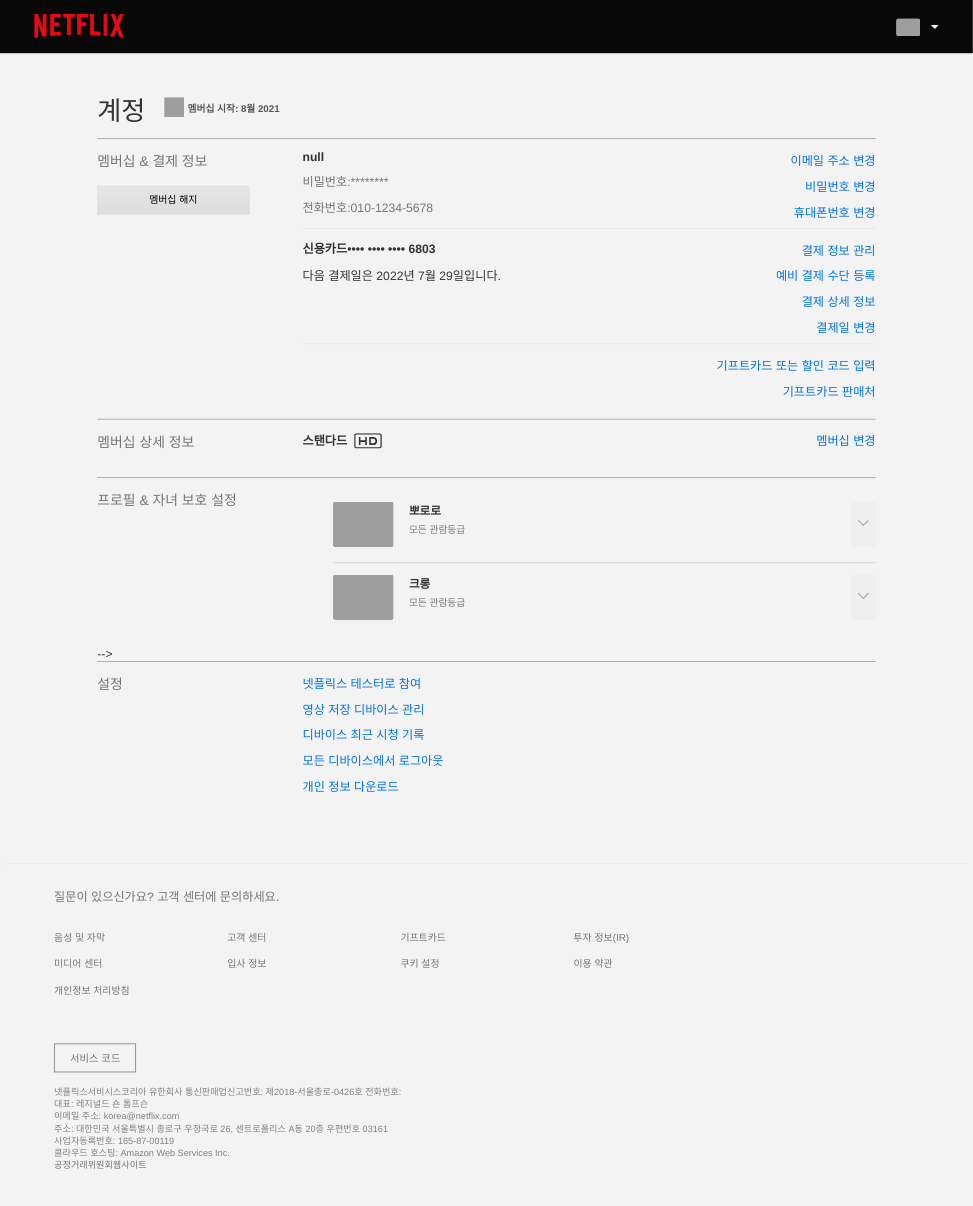
Repository: pp0321/br_clonecoding
Page: http://localhost/WebProject3/jspBR/p05.account.jsp
An editor plug-in stored every save of this project. The page is shown before and after the next save, followed by the edit.
The browser window is 1280 px wide. The pictures show the whole page, at 76% of full size.
Pictures or frames that could not be fetched are drawn as grey boxes. The page is served by Tomcat 9. Other server files are loaded and not shown. The template is opened directly, without the code that normally fills it, so the values that code supplies are empty.

Above is the page before, as saved 2022-08-05 07:55:04.
Console error: ReferenceError: $ is not defined

### WebProject3/WebContent/jspBR/p05.account.jsp
<%@ page language="java" contentType="text/html; charset=UTF-8"
    pageEncoding="UTF-8"%>
    <%@ page import="com.cy.dao.*" %>
    <%@ page import="com.cy.dto.*" %>
<%@page import="java.sql.Connection"%>
<%@page import="java.sql.DriverManager"%>
<%@page import="java.sql.ResultSet"%>
<%@page import="java.sql.PreparedStatement"%>
<!DOCTYPE html>
<html>
<head>
<meta charset="UTF-8">
<link rel="stylesheet" href="css/p05.account.css">
<title>넷플릭스 계정 메인</title>
<script>

$(function(){
    $(".profile-header").click(function () {
        var idx = $(this).index();
    if ($(".profile-links").is(":visible")) {
        $(".profile-links").css("display", "none");
    }
    else {
        $(".profile-links").css("display", "block");
    }
});
});
</script>

</head>

<style>
	.current-profile .img_arrow {
		display: none;
		position: absolute;
	    top: 58px;
	    left: 10px;
	}
</style>
<%
	int profileId = (Integer)(session.getAttribute("profileId"));
/* 	String str = (String)request.getAttribute("profileId");
	int profileId = 0;
	if(str != null){
		profileId = Integer.parseInt(str);
	}

	String str2 = (String)request.getAttribute("member_id");
	int memberId = 0;
	if(str2 != null){
		memberId = Integer.parseInt(str2);
	}

	Connection conn = DBConnection.getConnection();

	String sql = "select email_address from member where member_id = ?";
	PreparedStatement pstmt = conn.prepareStatement(sql);
	pstmt.setInt(1,memberId);
	ResultSet rs = pstmt.executeQuery();

	String emailAddress = null;
	if(rs.next()) {
		emailAddress = rs.getString("email_address");
	} */
%>
<script src="../js/jquery-3.6.0.min.js"></script>
<script src="../js/common_headerBR.js"></script>

<script>
		$(function(){
			$(".copy-text-block").click(function(){
				alert("준비중입니다");
				});

			$("#netflix-logo").click(function (){
				location.href="index.jsp";
				});

			$(".profile-links").click(function(){
				alert("준비중입니다");
				});
		});


	</script>

</head>


<body>
	<%@ include file = "headerBR.jspf" %>

<div class="bd">
	<div class="responsive-account-container">
		<div>
			<h1 class="account-header account-header-inline">계정</h1>
			<div class="account-section-membersince" data-uia="member-since">
				<div class="account-section-membersince--svg"></div>
				멤버십 시작: 8월 2021
			</div>
			<div class="account-pre-messages-container"
				data-uia="account-pre-messages-container"></div>
			<div class="account-messages-container"></div>
			<div class="responsive-account-content" data-uia="account-content">
				<div
					class="account-section collapsable-panel clearfix membership-section-wrapper membership-section-with-button"
					data-uia="membership-section">
					<header class="account-section-header collapsable-section-toggle">
						<h2 class="account-section-heading">
							멤버십 &amp; 결제 정보
							<button class="btn account-cancel-button btn-plain btn-small"
								type="button" autocomplete="off" tabindex="0"
								data-uia="action-cancel-plan">
								<span>멤버십 해지</span>
							</button>
						</h2>
					</header>
					<section
						class="collapsable-section-content account-section-content">
						<div class="account-subsection clearfix">
							<div class="clearfix">
								<div class="account-section-group">
									<div data-uia="account-email"
										class="account-section-item account-section-email">
										<%=session.getAttribute("loginEmail") %>
									</div>
									<div data-uia="account-password"
										class="account-section-item account-section-item-disabled">
										비밀번호:********</div>
									<div data-uia="account-phone"
										class="account-section-item account-section-item-disabled">
										전화번호:010-1234-5678</div>
								</div>
								<div class="account-section-group">
									<div class="account-section-item">
										<a data-uia="account-email-link" class="account-section-link"
											href="p06.account.jsp?profile_id=<%=session.getAttribute("profileId")%>">
											이메일 주소  변경</a>
									</div>
									<div class="account-section-item">
										<a data-uia="account-password-link"
											class="account-section-link"
											href="p09.account.jsp">
											비밀번호 변경</a>
									</div>
									<div class="account-section-item">
										<a data-uia="account-phone-link" class="account-section-link"
											href="p10.account.jsp">
											휴대폰번호 변경</a>
									</div>
								</div>
							</div>
						</div>
						<div class="account-subsection clearfix light-divider">
							<div data-uia="wallet-subsection">
								<div class="account-subsection-borderless clearfix"
									data-uia="account-subsection-standard">
									<div class="account-section-group payment-details -wide">
										<div class="account-section-item">
											<div class="wallet--mop" data-uia="wallet-mop">
												<span class="" data-uia="payment-icon"><span
													class="text-payment" data-uia="payment-text">신용카드</span> </span><span
													id="" class="mopType" data-uia="mopType">•••• ••••
													•••• 6803</span>
											</div>
										</div>
										<div id="" class="account-section-item"
											data-uia="nextBillingDate-item">다음 결제일은 2022년 7월
											29일입니다.</div>
									</div>
									<div class="account-section-group -thin">
										<div class="account-section-item">
											<a class="account-section-link"
												data-uia="action-update-payment"
												href="/simplemember/managepaymentinfo">결제 정보 관리</a>
										</div>
										<div class="account-section-item">
											<a class="account-section-link"
												data-uia="wallet-subsection-add-backup-mop-link"
												href="/simplemember/paymentpicker">예비 결제 수단 등록</a>
										</div>
										<div class="account-section-item">
											<a class="account-section-link"
												data-uia="account-view-billing" href="/BillingActivity">결제
												상세 정보</a>
										</div>
										<div class="account-section-item">
											<a class="account-section-link"
												data-uia="action-update-billing-date"
												href="/simplemember/billingdateedit">결제일 변경</a>
										</div>
									</div>
								</div>
							</div>
						</div>
						<div
							class="account-subsection clearfix is-external-gift-redemption light-divider">
							<div class="clearfix">
								<div class="u-ta-right-desktop gifts-link-group">
									<div class="account-section-item account-section-item">
										<a class="account-section-link" data-uia="action-redeem-link"
											href="/redeem">기프트카드 또는 할인 코드 입력</a>
									</div>
									<div class="account-section-item account-section-item">
										<a class="account-section-link"
											data-uia="action-gift-cards-link" href="/gift-cards"
											target="_blank" rel="noopener noreferrer">기프트카드 판매처</a>
									</div>
								</div>
							</div>
						</div>
					</section>
				</div>
				<div class="account-section collapsable-panel clearfix"
					data-uia="plan-section">
					<header class="account-section-header collapsable-section-toggle">
						<h2 class="account-section-heading">멤버십 상세 정보</h2>
					</header>
					<section
						class="collapsable-section-content account-section-content">
						<div class="account-subsection clearfix">
							<div class="clearfix">
								<div class="account-section-group">
									<div class="account-section-item" data-uia="plan-label">
										<b>스탠다드</b>
										<svg viewBox="0 0 1740 960" class="quality-icon">
                                       <g stroke="none"
												stroke-width="1" fill="none" fill-rule="evenodd">
                                           <path
												d="M700,549 L398,549 L398,746 L300,746 L300,247 L398,247 L398,443 L700,443 L700,247 L799,247 L799,746 L700,746 L700,549 Z M1196,247 C1271,247 1326,260 1359,286 C1387,306 1408,335 1424,372 C1440,408 1448,449 1448,493 C1448,591 1419,661 1359,706 C1326,732 1271,746 1196,746 L950,746 L950,247 L1196,247 Z M1186,639 C1316,639 1343,562 1343,493 C1343,427 1329,351 1186,351 L1048,351 L1048,639 L1186,639 Z"
												fill="currentColor"></path>
                                           <path
												d="M1608.00019,0 C1681.00009,0 1740,59 1740,132 L1740,827 C1740,868.423884 1721.51202,905.147426 1692.42954,929.452533 C1669.55882,948.56629 1640.13605,960 1608.00019,960 L133.999803,960 C58.9999134,960 0,901 0,827 L0,132 C0,59 58.9999134,0 133.999803,0 L1608.00019,0 Z M133.999803,80 C103.999847,80 79.9998826,103 79.9998826,132 L79.9998826,827 C79.9998826,857 103.999847,880 133.999803,880 L1608.00019,880 C1637.00015,880 1660.00012,856 1660.00012,827 L1660.00012,132 C1660.00012,103 1637.00015,80 1608.00019,80 L133.999803,80 Z"
												fill="currentColor"></path>
                                       </g>
                                   </svg>
									</div>
								</div>
								<div class="account-section-group">
									<div class="account-section-item">
										<a data-uia="action-change-plan" class="account-section-link"
											href="/ChangePlan">멤버십 변경</a>
									</div>
								</div>
							</div>
							<div class="account-subsection clearfix">
								<div class="account-section-group -full">
									<p class="account-addendum"></p>
									<p class="account-addendum"></p>
								</div>
							</div>
						</div>
					</section>
				</div>
				 <div class="account-section collapsable-panel clearfix"
					data-uia="profile-section">
					<header class="account-section-header collapsable-section-toggle">
						<h2 class="account-section-heading">프로필 &amp; 자녀 보호 설정</h2>
					</header>
					<section
						class="collapsable-section-content account-section-content">
						<div class="account-subsection clearfix">
							<div class="profile-hub">
								<ul>
									<li class="single-profile" data-uia="single-profile-0" id="profile_0">
										<div aria-expanded="false" class="profile-header">
											<img class="activeProfile"
												src="https://occ-0-3076-993.1.nflxso.net/dnm/api/v6/K6hjPJd6cR6FpVELC5Pd6ovHRSk/AAAABYIjCX1PBV_-B6KFbyhlYhx0sAH67wzO645FWG75LyJIhL8b8dtEoqoA9it8uwA-4mDX1E9Kr7iLrcKnAeJVJyzUd3-uNa1MVA.png?r=869"
												alt="">
											<div class="profile-summary">
												<h3>뽀로로</h3>
												<div>모든 관람등급</div>
											</div>
											<button class="profile-action-icons" aria-label=""
												style="border: none;" aria-controls="profile_0">
												<svg width="24" height="24" viewBox="0 0 24 24" fill="none"
													xmlns="http://www.w3.org/2000/svg"
													class="svg-icon svg-icon-chevron-down">
	                                              <path
														fill-rule="evenodd" clip-rule="evenodd"
														d="M19.293 7.29297L12.0001 14.5859L4.70718 7.29297L3.29297 8.70718L11.293 16.7072C11.4805 16.8947 11.7349 17.0001 12.0001 17.0001C12.2653 17.0001 12.5196 16.8947 12.7072 16.7072L20.7072 8.70718L19.293 7.29297Z"
														fill="currentColor"></path>
	                                          </svg>
											</button>
										</div>
										<ul class="profile-links" style="display:none;">
											<li class="account-section-item">
											<a	class="profile-link"data-uia="action-language-preferences">
												<div class="profile-main">
													<h4>언어</h4>
														한국어
												</div>
											</a>
											</li>
											<li class="account-section-item"><a
												class="profile-link"
												href="/settings/restrictions/LWO42JP6PFCNNFICWA6HOVA6F4"
												data-uia="action-content-restrictions">
													<div class="profile-main">
														<h4>시청 제한</h4>
														<div>제한 없음.</div>
													</div>
													<div class="profile-change">변경</div>
											</a></li>
											<li class="account-section-item"><a
												class="profile-link"
												href="/settings/lock/LWO42JP6PFCNNFICWA6HOVA6F4"
												data-uia="action-profile-lock">
													<div class="profile-main">
														<h4>프로필 잠금</h4>
														꺼짐
													</div>
													<div class="profile-change">변경</div>
											</a></li>
											<li class="account-section-item"><a
												class="profile-link"
												href="/settings/viewed/LWO42JP6PFCNNFICWA6HOVA6F4"
												data-uia="action-viewing-activity">
													<div class="profile-main">
														<h4>시청 기록</h4>
													</div>
													<div class="profile-change">보기</div>
											</a></li>
											<li class="account-section-item"><a
												class="profile-link"
												href="/settings/rated/LWO42JP6PFCNNFICWA6HOVA6F4"
												data-uia="action-rating-activity">
													<div class="profile-main">
														<h4>평가한 콘텐츠</h4>
													</div>
													<div class="profile-change">보기</div>
											</a></li>
											<li class="account-section-item"><a
												class="profile-link"
												href="/settings/playback/LWO42JP6PFCNNFICWA6HOVA6F4"
												data-uia="action-video-quality">
													<div class="profile-main">
														<h4>재생 설정</h4>
														다음 화 자동 재생. 미리보기 자동 재생. 자동 설정된 화질 및 음질.
													</div>
													<div class="profile-change">변경</div>
											</a></li>
											<li class="account-section-item"><a
												class="profile-link"
												href="/EmailPreferences/LWO42JP6PFCNNFICWA6HOVA6F4"
												data-uia="action-communication-preferences">
													<div class="profile-main">
														<h4>커뮤니케이션 설정</h4>
													</div>
													<div class="profile-change">변경</div>
											</a></li>
											<li class="account-section-item"><a
												class="profile-link"
												href="/marketingcommunications/LWO42JP6PFCNNFICWA6HOVA6F4"
												data-uia="action-marketing-preferences">
													<div class="profile-main">
														<h4>마케팅 커뮤니케이션</h4>
													</div>
													<div class="profile-change">변경</div>
											</a></li>
										</ul>
									</li>
									<li class="single-profile" data-uia="single-profile-1" id="profile_1">
										<div aria-expanded="false" class="profile-header">
											<img class="activeProfile"
												src="https://occ-0-3076-993.1.nflxso.net/dnm/api/v6/K6hjPJd6cR6FpVELC5Pd6ovHRSk/AAAABTOIZ3WKqNcwPn3Q9mhMYiey8jy1rToyGXA3rnsvMq5pWhIVwNtfE3RSmCVGwj5i07T1id83mLvznlXcdZw8-HOrwihdjt3mIw.png?r=fcd"
												alt="">
											<div class="profile-summary">
												<h3>크롱</h3>
												<div>모든 관람등급</div>
											</div>
											<button class="profile-action-icons" aria-label=""
												style="border: none;" aria-controls="profile_1">
												<svg width="24" height="24" viewBox="0 0 24 24" fill="none"
													xmlns="http://www.w3.org/2000/svg"
													class="svg-icon svg-icon-chevron-down">
	                                              <path
														fill-rule="evenodd" clip-rule="evenodd"
														d="M19.293 7.29297L12.0001 14.5859L4.70718 7.29297L3.29297 8.70718L11.293 16.7072C11.4805 16.8947 11.7349 17.0001 12.0001 17.0001C12.2653 17.0001 12.5196 16.8947 12.7072 16.7072L20.7072 8.70718L19.293 7.29297Z"
														fill="currentColor"></path>
	                                          </svg>
											</button>
										</div>
										<ul class="profile-links" style="display:none;">
												<li class="account-section-item"><a
													class="profile-link"
													href="/settings/language/6IMTSN53VFHMDG5RDSAMROD76Y"
													data-uia="action-language-preferences">
														<div class="profile-main">
															<h4>언어</h4>
															한국어
														</div>
														<div class="profile-change">변경</div>
												</a></li>
												<li class="account-section-item"><a
													class="profile-link"
													href="/settings/restrictions/6IMTSN53VFHMDG5RDSAMROD76Y"
													data-uia="action-content-restrictions">
														<div class="profile-main">
															<h4>시청 제한</h4>
															<div>제한 없음.</div>
														</div>
														<div class="profile-change">변경</div>
												</a></li>
												<li class="account-section-item"><a
													class="profile-link"
													href="/settings/lock/6IMTSN53VFHMDG5RDSAMROD76Y"
													data-uia="action-profile-lock">
														<div class="profile-main">
															<h4>프로필 잠금</h4>
															꺼짐
														</div>
														<div class="profile-change">변경</div>
												</a></li>
												<li class="account-section-item"><a
													class="profile-link"
													href="/settings/viewed/6IMTSN53VFHMDG5RDSAMROD76Y"
													data-uia="action-viewing-activity">
														<div class="profile-main">
															<h4>시청 기록</h4>
														</div>
														<div class="profile-change">보기</div>
												</a></li>
												<li class="account-section-item"><a
													class="profile-link"
													href="/settings/rated/6IMTSN53VFHMDG5RDSAMROD76Y"
													data-uia="action-rating-activity">
														<div class="profile-main">
															<h4>평가한 콘텐츠</h4>
														</div>
														<div class="profile-change">보기</div>
												</a></li>
												<li class="account-section-item"><a
													class="profile-link"
													href="/settings/playback/6IMTSN53VFHMDG5RDSAMROD76Y"
													data-uia="action-video-quality">
														<div class="profile-main">
															<h4>재생 설정</h4>
															다음 화 자동 재생. 미리보기 자동 재생. 자동 설정된 화질 및 음질.
														</div>
														<div class="profile-change">변경</div>
												</a></li>
											</ul>
										</li>
									</ul>
								</div>
							</div>
						</section>
					</div> -->
			<div class="account-section collapsable-panel clearfix"
				data-uia="settings-section">
				<header class="account-section-header collapsable-section-toggle">
					<h2 class="account-section-heading">설정</h2>
				</header>
				<section
					class="collapsable-section-content account-section-content">
					<div class="account-subsection clearfix">
						<div class="clearfix">
							<div class="account-section-group">
								<div>
									<div class="account-section-item account-section-item">
										<a class="account-section-link" href=""
											data-uia="action-test-participation">넷플릭스 테스터로 참여</a>
									</div>
									<div class="account-section-item account-section-item">
										<a class="account-section-link" href=""
											data-uia="action-device-management">영상 저장 디바이스 관리</a>
									</div>
									<div class="account-section-item">
										<a class="account-section-link"
											data-uia="action-account-access" href="">디바이스 최근 시청 기록</a>
									</div>
									<div class="account-section-item">
										<a class="account-section-link" href="/ManageDevices"
											data-uia="action-sign-out-all-devices">모든 디바이스에서 로그아웃</a>
									</div>
									<div class="account-section-item">
										<a data-uia="external-data-request-link"
											class="account-section-link" href="">개인 정보 다운로드</a>
									</div>
								</div>
							</div>
							<div class="account-section-group left-align"></div>
						</div>


							</div>
						</section>
					</div>
				</div>
			</div>
		</div>
	</div>


<%@ include file = "bottom-service-centerBR.jspf" %>




</body>

</html>

Loaded but not shown: WebProject3/WebContent/js/jquery-3.6.0.min.js (library); WebProject3/WebContent/js/common_headerBR.js (40 lines, source omitted); WebProject3/WebContent/jspBR/css/p05.account.css (702 lines, source omitted); WebProject3/WebContent/jspBR/headerBR.jspf (70 lines, source omitted); WebProject3/WebContent/jspBR/bottom-service-centerBR.jspf (86 lines, source omitted)

After the next save:
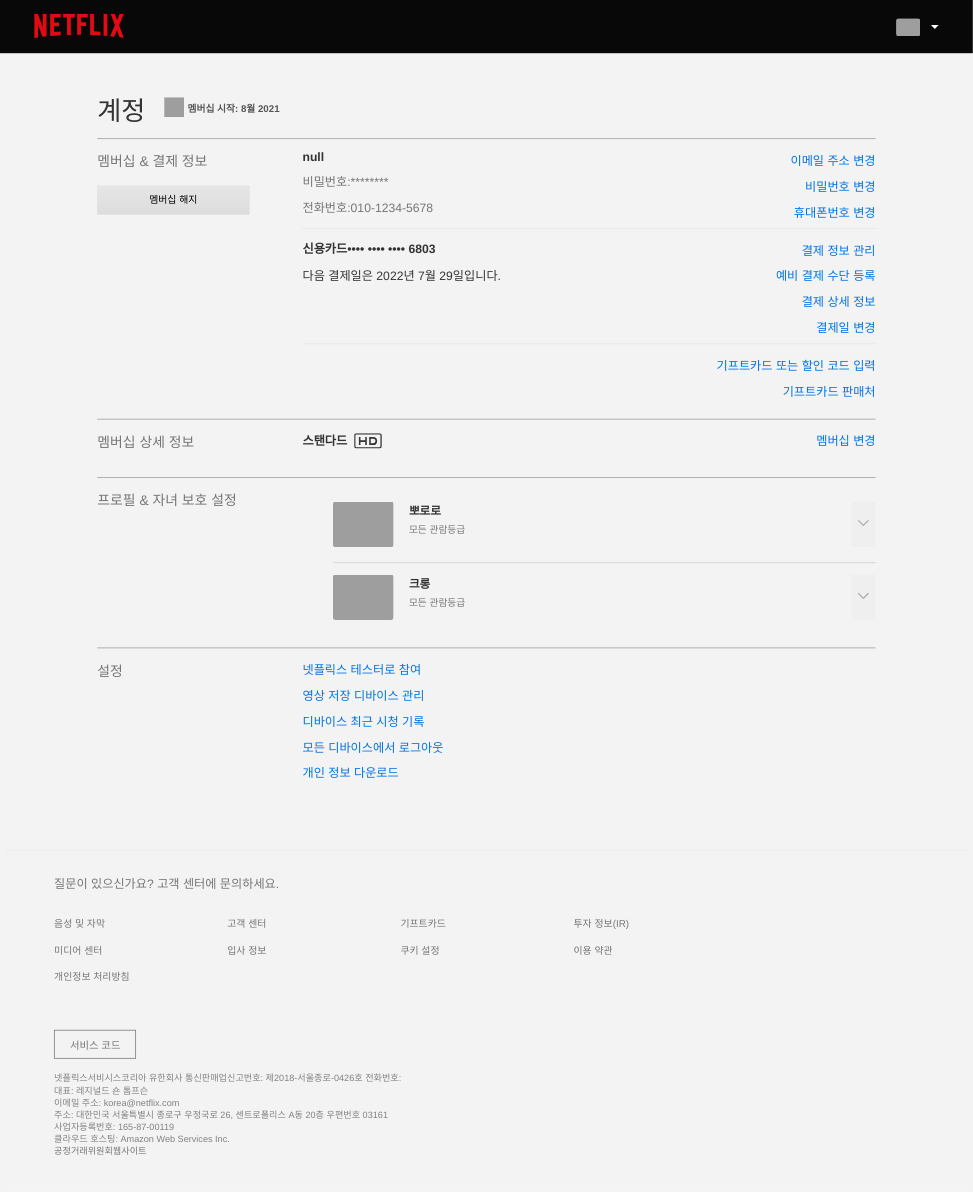
Saved 75 s later.
--- a/WebProject3/WebContent/jspBR/p05.account.jsp
+++ b/WebProject3/WebContent/jspBR/p05.account.jsp
@@ -252,7 +252,7 @@
 						</div>
 					</section>
 				</div>
-				 <div class="account-section collapsable-panel clearfix"
+				<div class="account-section collapsable-panel clearfix"
 					data-uia="profile-section">
 					<header class="account-section-header collapsable-section-toggle">
 						<h2 class="account-section-heading">프로필 &amp; 자녀 보호 설정</h2>
@@ -446,7 +446,7 @@
 								</div>
 							</div>
 						</section>
-					</div> -->
+					</div>
 			<div class="account-section collapsable-panel clearfix"
 				data-uia="settings-section">
 				<header class="account-section-header collapsable-section-toggle">
